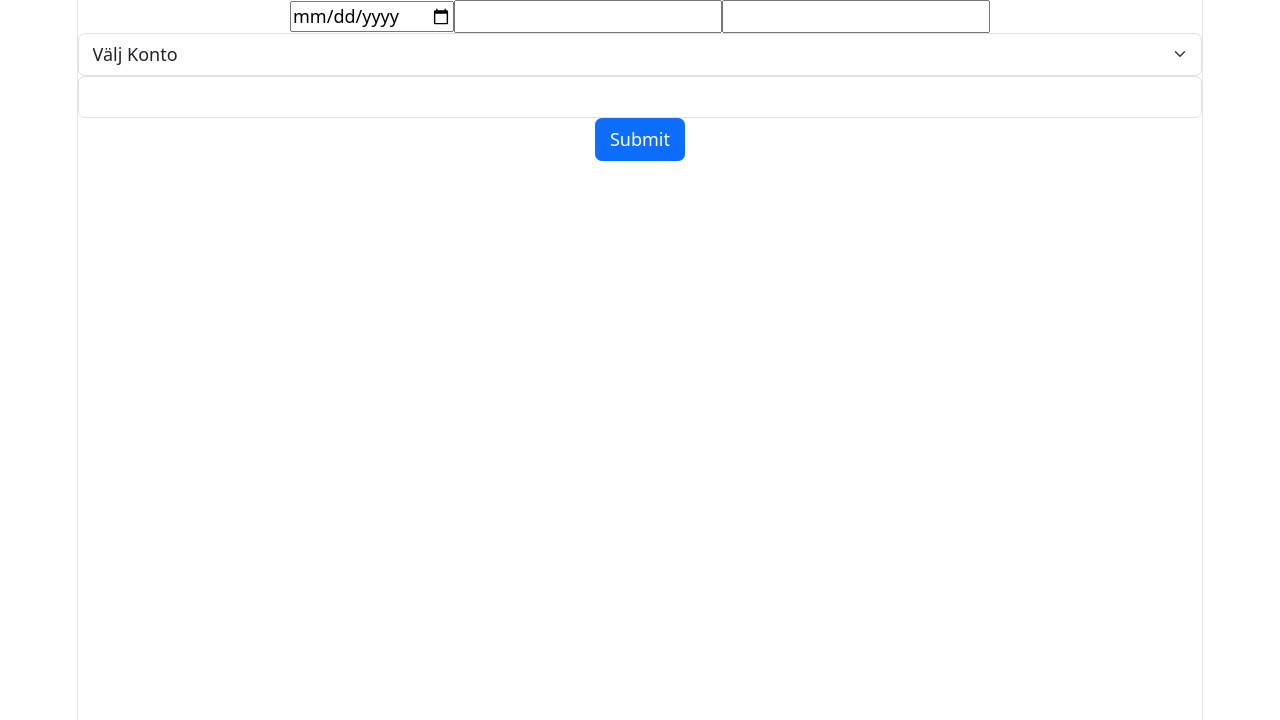
Repository: supply24/kidsaccount
Page: /action
An editor plug-in stored every save of this project. The page is shown before and after the next save, followed by the edit.
The browser window is 1280 px wide. The pictures show the whole page.
The page's requests for data from a server got no answer. The project was rebuilt for these pictures with package versions that can differ from the ones it lists, and the page was loaded fresh each time. No one was signed in, and anything a server would have sent is missing. Also part of the build but not shown: vite.config.js, src/App.css, src/App.jsx, src/data/Export/Supabase.jsx, src/Homing.jsx.

Above is the page before, as saved 2026-07-27 17:10:44.

### index.html
<!doctype html>
<html lang="en">
  <head>
    <meta charset="UTF-8" />
    <link rel="icon" type="image/svg+xml" href="/favicon.svg" />
    <meta name="viewport" content="width=device-width, initial-scale=1.0" />
    <title>accounter</title>
    <link
  rel="stylesheet"
  href="https://cdn.jsdelivr.net/npm/bootstrap@5.3.5/dist/css/bootstrap.min.css"
  integrity="sha384-SgOJa3DmI69IUzQ2PVdRZhwQ+dy64/BUtbMJw1MZ8t5HZApcHrRKUc4W0kG879m7"
  crossorigin="anonymous"
/>
  </head>
  <body>
    <div id="root"></div>
    <script type="module" src="/src/main.jsx"></script>
  </body>
</html>

### src/main.jsx
import { StrictMode } from 'react'
import { createRoot } from 'react-dom/client'
import { createBrowserRouter, RouterProvider } from 'react-router-dom'
import './index.css'
import App from './App.jsx'
import Homing from "./Homing.jsx"
import Actions from "./Actions.jsx"

const router = createBrowserRouter ([
{path:"/",
  element:<Homing/>
}  ,
{path:"/action",
  element:<Actions/>
}
])

createRoot(document.getElementById('root')).render(
  <StrictMode>
    <RouterProvider router={router}/>
  </StrictMode>,
)

### src/index.css
:root {
  --text: #6b6375;
  --text-h: #08060d;
  --bg: #fff;
  --border: #e5e4e7;
  --code-bg: #f4f3ec;
  --accent: #aa3bff;
  --accent-bg: rgba(170, 59, 255, 0.1);
  --accent-border: rgba(170, 59, 255, 0.5);
  --social-bg: rgba(244, 243, 236, 0.5);
  --shadow:
    rgba(0, 0, 0, 0.1) 0 10px 15px -3px, rgba(0, 0, 0, 0.05) 0 4px 6px -2px;

  --sans: system-ui, 'Segoe UI', Roboto, sans-serif;
  --heading: system-ui, 'Segoe UI', Roboto, sans-serif;
  --mono: ui-monospace, Consolas, monospace;

  font: 18px/145% var(--sans);
  letter-spacing: 0.18px;
  color-scheme: light dark;
  color: var(--text);
  background: var(--bg);
  font-synthesis: none;
  text-rendering: optimizeLegibility;
  -webkit-font-smoothing: antialiased;
  -moz-osx-font-smoothing: grayscale;

  @media (max-width: 1024px) {
    font-size: 16px;
  }
}

@media (prefers-color-scheme: dark) {
  :root {
    --text: #9ca3af;
    --text-h: #f3f4f6;
    --bg: #16171d;
    --border: #2e303a;
    --code-bg: #1f2028;
    --accent: #c084fc;
    --accent-bg: rgba(192, 132, 252, 0.15);
    --accent-border: rgba(192, 132, 252, 0.5);
    --social-bg: rgba(47, 48, 58, 0.5);
    --shadow:
      rgba(0, 0, 0, 0.4) 0 10px 15px -3px, rgba(0, 0, 0, 0.25) 0 4px 6px -2px;
  }

  #social .button-icon {
    filter: invert(1) brightness(2);
  }
}

body {
  margin: 0;
}

#root {
  width: 1126px;
  max-width: 100%;
  margin: 0 auto;
  text-align: center;
  border-inline: 1px solid var(--border);
  min-height: 100svh;
  display: flex;
  flex-direction: column;
  box-sizing: border-box;
}

h1,
h2 {
  font-family: var(--heading);
  font-weight: 500;
  color: var(--text-h);
}

h1 {
  font-size: 56px;
  letter-spacing: -1.68px;
  margin: 32px 0;
  @media (max-width: 1024px) {
    font-size: 36px;
    margin: 20px 0;
  }
}
h2 {
  font-size: 24px;
  line-height: 118%;
  letter-spacing: -0.24px;
  margin: 0 0 8px;
  @media (max-width: 1024px) {
    font-size: 20px;
  }
}
p {
  margin: 0;
}

code,
.counter {
  font-family: var(--mono);
  display: inline-flex;
  border-radius: 4px;
  color: var(--text-h);
}

code {
  font-size: 15px;
  line-height: 135%;
  padding: 4px 8px;
  background: var(--code-bg);
}

### src/Actions.jsx
import React, {useState} from 'react'
import {Col, Row, Button, Form} from "react-bootstrap"

import number from "./data/Export/Numbers.jsx"

const Actions = () => {
  const [konto, setKonto]=useState("")
  const [numbers, setNumbers]=useState("")
  const [datetime, setDatetime]=useState("")
  const [kredit, setKredit]=useState("")
  const [debet, setDebet]=useState("")

  const handleNumbers =(e)=>{
    setNumbers(e.target.value)
  }

  const handleDatetime=(e)=>{
    setDatetime(e.target.value)
      }

      const handleKredit = (e)=>{
        setKredit(e.target.value)
      }
      const handleDebet = (e)=>{
        setDebet(e.target.value)
      }

      const handleSubmit=async(e)=>{
        e.preventDefault()
        try{
          const {data, error} = await supabase.from("accounter").insert([{
            konto :{ "kredit": kredit, "debet": debet}, datetime,
          }])
          if(error){
            console.error("error yes", error)
            } else{
              console.error("konto info", data)
              alert("go")
            }
          }catch(error){
            console.error("error")
          }
      }


  return (
    <div>
      <Form onSubmit={handleSubmit}>
<input type="date" value={datetime} onChange={handleDatetime}/>
<input type="text" value={kredit} onChange={handleKredit}/>
<input type="text" value={debet} onChange={handleDebet}/>



        <Form.Group>
          <Form.Select
          type="dropdown"
          onChange={(e)=>setKonto(e.target.value)}>
            <option value={konto}>Välj Konto</option>
            {number.map((account)=>(
              <option key={account.id}>{account.konto}</option>
            ))}
</Form.Select>
<Form.Control>
    </Form.Control>
        </Form.Group>
        <Button type="submit">Submit</Button>

         </Form>   </div>
  )
}

export default Actions

### src/data/Export/Numbers.jsx
const number = [
    {id:"101", konto:"128", belong:"tobias", debet:"", kredit:""},
    {id:"201", konto:"199", belong:"alex", debet:"", kredit:""}
]

export default number

After the next save:
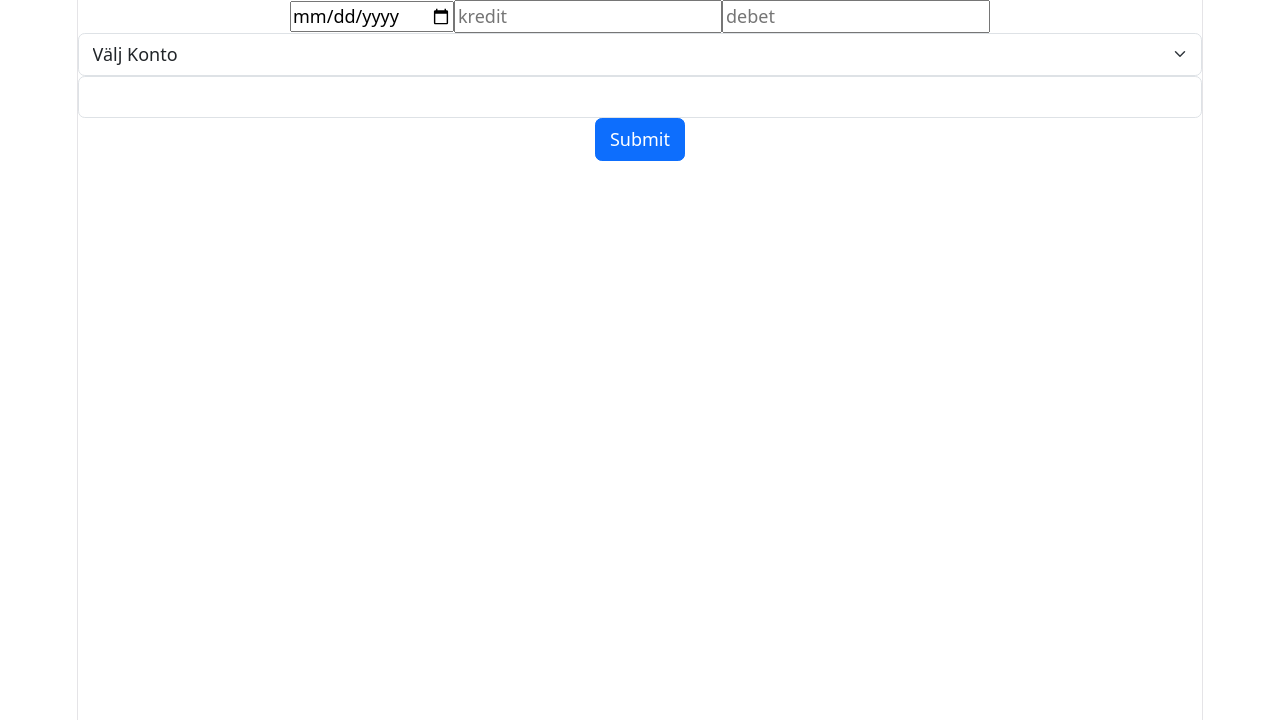
Saved 29 s later.
--- a/src/Actions.jsx
+++ b/src/Actions.jsx
@@ -46,9 +46,9 @@ const Actions = () => {
   return (
     <div>
       <Form onSubmit={handleSubmit}>
-<input type="date" value={datetime} onChange={handleDatetime}/>
-<input type="text" value={kredit} onChange={handleKredit}/>
-<input type="text" value={debet} onChange={handleDebet}/>
+<input type="date" value={datetime} onChange={handleDatetime} />
+<input type="text" value={kredit} onChange={handleKredit} placeholder='kredit'/>
+<input type="text" value={debet} onChange={handleDebet} placeholder='debet'/>
 
 
 
